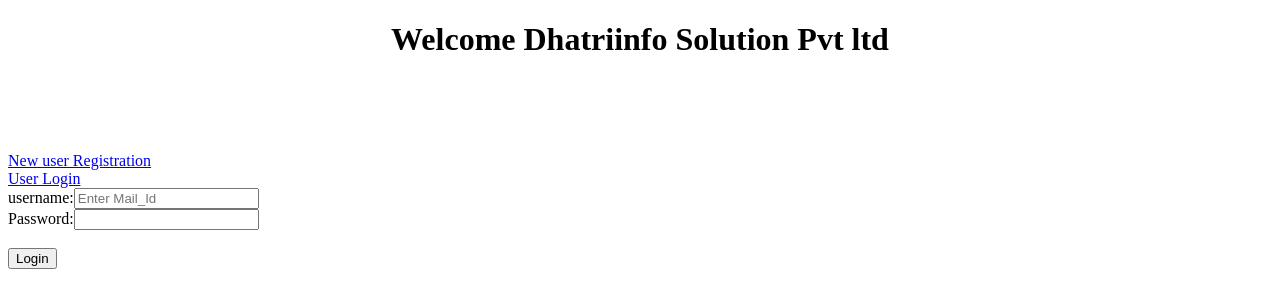
Repository: AbubakarShaik/Java_J2EE_Project
Page: com.testprojectServlet/WebContent/index.html
These files come from the project's save history. The page is drawn as it stood at one moment and after the next save; the edit follows.
The browser window is 1280 px wide. The pictures show the whole page.

Above is the page before, as saved 2016-12-22 07:25:38.

After the next save:
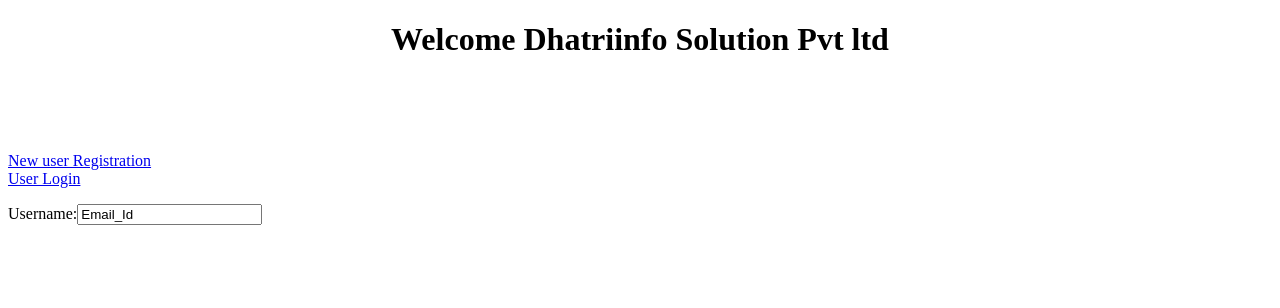
Saved 4 min 31 s later.
--- a/com.testprojectServlet/WebContent/index.html
+++ b/com.testprojectServlet/WebContent/index.html
@@ -21,17 +21,8 @@
 <br>
 
 
-<div>
-<td align="right">
-username:<input type="text" name="UserName" placeholder="Enter Mail_Id"></td>
-<br>
-
-<td>Password:<input type="text" name="Password"></td>
-<br>
-</br>
-<td> <input type="Submit" value="Login"> </td>
-
-</div>
+<p align="right"></p>
+<td>Username:<input type="text" name="Username" value="Email_Id"></td>
 
 </body>
 </html>
